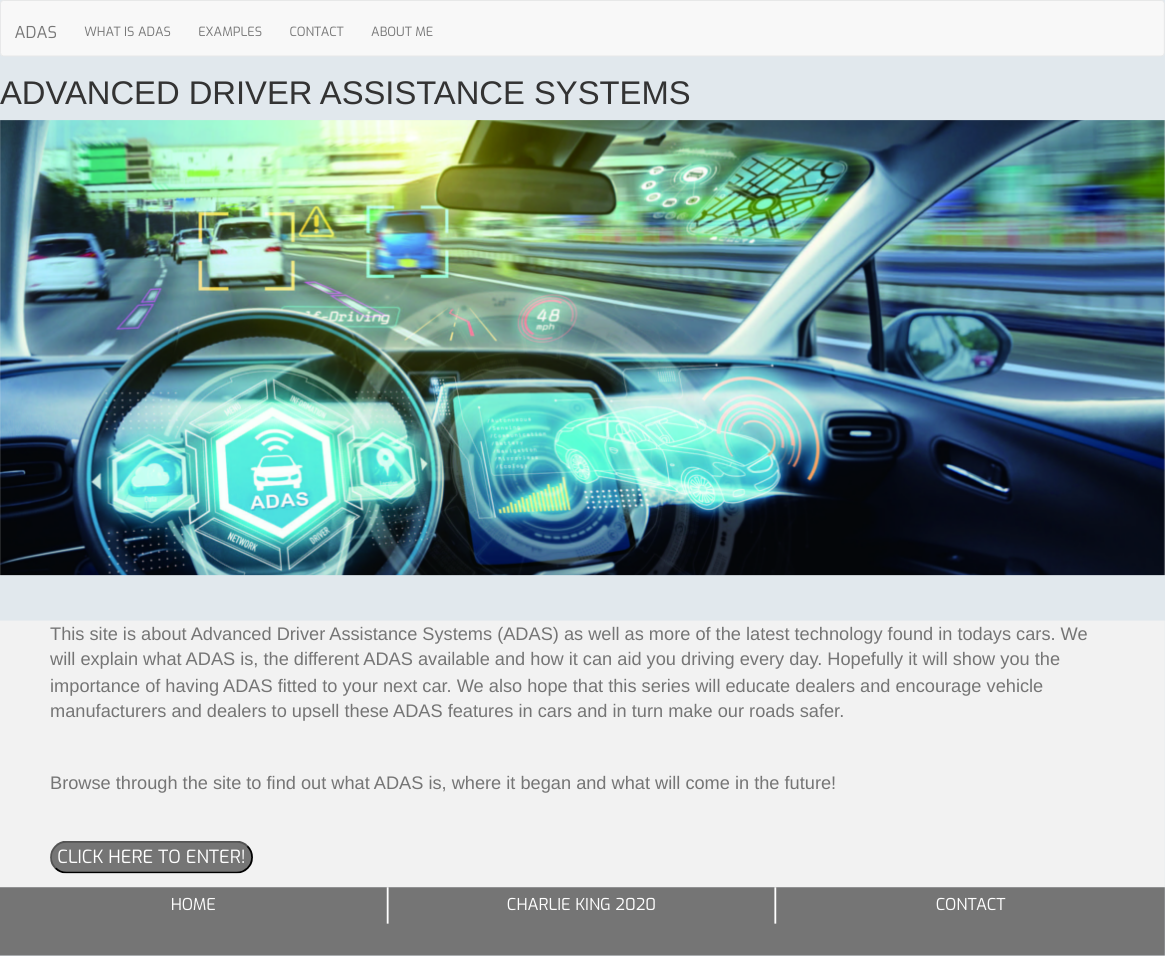
Repository: Cha-K28/First-Milestone-Project
Page: index.html
The author's editor kept a record of every edit. The page is drawn from the files as they stood at one moment, then again after the next edit.
The browser window is 1280 px wide. The pictures show the whole page, at 91% of full size.

Above is the page before.

### index.html
<!DOCTYPE html>
<html lang="en">

<head>
    <meta charset="utf-8">
    <meta name="viewport" content="width=device-width, initial-scale=1">
    <link rel="stylesheet" href="https://maxcdn.bootstrapcdn.com/bootstrap/3.4.1/css/bootstrap.min.css">
    <script src="https://ajax.googleapis.com/ajax/libs/jquery/3.4.1/jquery.min.js"></script>
    <script src="https://maxcdn.bootstrapcdn.com/bootstrap/3.4.1/js/bootstrap.min.js"></script>
    <link href="https://fonts.googleapis.com/css?family=Exo&display=swap" rel="stylesheet">

    <link rel="stylesheet" href="css/style.css" type="text/css" />
    <title>ADAS - What is it?</title>
</head>

<body>
    <!-- header  -->
    <header>
        <nav class="navbar navbar-default">
            <div class="container-fluid">
                <div class="navbar-header">

                    <button type="button" class="navbar-toggle" data-toggle="collapse" data-target="#myNavbar">
                        <span class="icon-bar"></span>
                        <span class="icon-bar"></span>
                        <span class="icon-bar"></span>
                    </button>

                    <a class="navbar-brand" href="index.html">ADAS</a>
                </div>
                <div class="collapse navbar-collapse" id="myNavbar">
                    <ul class="nav navbar-nav">
                        <li><a href="what_is_adas.html">What is ADAS</a></li>
                        <li><a href="examples.html">Examples</a></li>
                        <li><a href="contact.html">Contact</a></li>
                        <li><a href="about_me.html">About Me</a></li>
                    </ul>
                </div>
        </nav>
    </header>
    <!-- End header  -->

    <!-- content -->


    <h1>ADVANCED DRIVER ASSISTANCE SYSTEMS</h1>

    <div class="background-image">

    </div>

    <div class="bright_background">



        <div class="container">



            <div class="row">
                <p>
                    This site is about Advanced Driver Assistance Systems (ADAS) as well as more of the latest technology found in todays cars. We will explain what ADAS is, the different ADAS available and how it can aid you driving every day. Hopefully it will show you
                    the importance of having ADAS fitted to your next car. We also hope that this series will educate dealers and encourage vehicle manufacturers and dealers to upsell these ADAS features in cars and in turn make our roads safer.
                </p>
                <p>
                    Browse through the site to find out what ADAS is, where it began and what will come in the future!
                </p>

            </div>
        </div>


            <div class="container">
                <div class="row">
                    <div class="enter_button">
                        <button>
                           <a href="what_is_adas.html">Click here to enter!</a>
                        </button>
                    </div>
                </div>
            </div>
        </div>


        <!-- End content -->

        <!-- footer -->
        <div class="footer">
            <footer class="container-fluid">
                <div class="row">
                    <div class="footer_background">
                        <div class="col-sm-4 footer_box">
                            <h4><a href="index.html">Home</a></h4>
                        </div>
                        <div class="col-sm-4 footer_box">
                            <h4>Charlie King 2020</h4>

                        </div>

                        <div class="col-sm-4">
                            <h4><a href="contact.html">Contact</a></h4>

                        </div>
                    </div>
                </div>
        </div>



        </footer>

        <!-- End footer -->
</body>

</html>

### css/style.css
body {
  background-color: #e1e8ed;
}



.container {
  font-size: 20px;
  color: #757575;

}

.back-image {
  height: 100%;
  width: 100%;
  padding: 0px;
  border: solid 10px #53f2dd;
  border-radius: 50px;
  margin: 50px 10px 50px 10px;
}

.background-image {
  background-image: url(../images/background.png);
  background-size: cover;
  height: 500px;
  width: auto;
  background-position: center;
  background-repeat: no-repeat;
  margin-bottom: 50px;

}

p {
  margin-bottom: 50px;
}


img {

  margin-left: 75px;
  width: 300px;
  height: 200px;
  margin-top: 50px;
  border: solid;

}

.bright_background {
  background-color: #f2f2f2;
}


button {
  margin-bottom: 15px;
  border-radius: 25px;
  color: white;
  background-color: #757575;



}


/* ---------------------------------- contact form */

input[type=email] {
  width: 100%;
  background-color: white;
  color: #757575;
  padding: 10px 20px;
  margin: 8px 0;
  border: solid #757575 1px;
  border-radius: 4px;
  cursor: pointer;

}

input[type=text] {
  width: 100%;
  background-color: white;
  color: #757575;
  padding: 10px 20px;
  margin: 8px 0;
  border: solid #757575 1px;
  border-radius: 4px;
  cursor: pointer;

}

input[type=submit] {
  width: 100px;
  height: 30px;
  border-radius: 25%;
  border: solid #757575 1px;
  margin-top: 10px;
  color: white;
  background-color: #757575;
  margin-bottom: 10px;

}

/* ----------------------------------------- Contat Form */



/* ----------------------------footer */

.footer_background {
  background-color: #757575;
  height: 75px;
  position: relative;
  width: 100%;


}

h4,
a {
  margin-top: 10px;
  text-align: center;
  font-family: 'Exo', sans-serif;
  color: white;
  text-transform: uppercase;
}

.footer_box {
  border-right: solid 2px white;
}

@media (Min Width: 768px) {

.footer_box {
  border-right: solid 2px white;
}


h1 {
  text-align: center;
  text-transform: uppercase;
  font-size: 50px;
  font-family: 'Exo', sans-serif;
  background-color: #757575;
  color: white;

}

/* ------------------------------footer */

After the next edit:
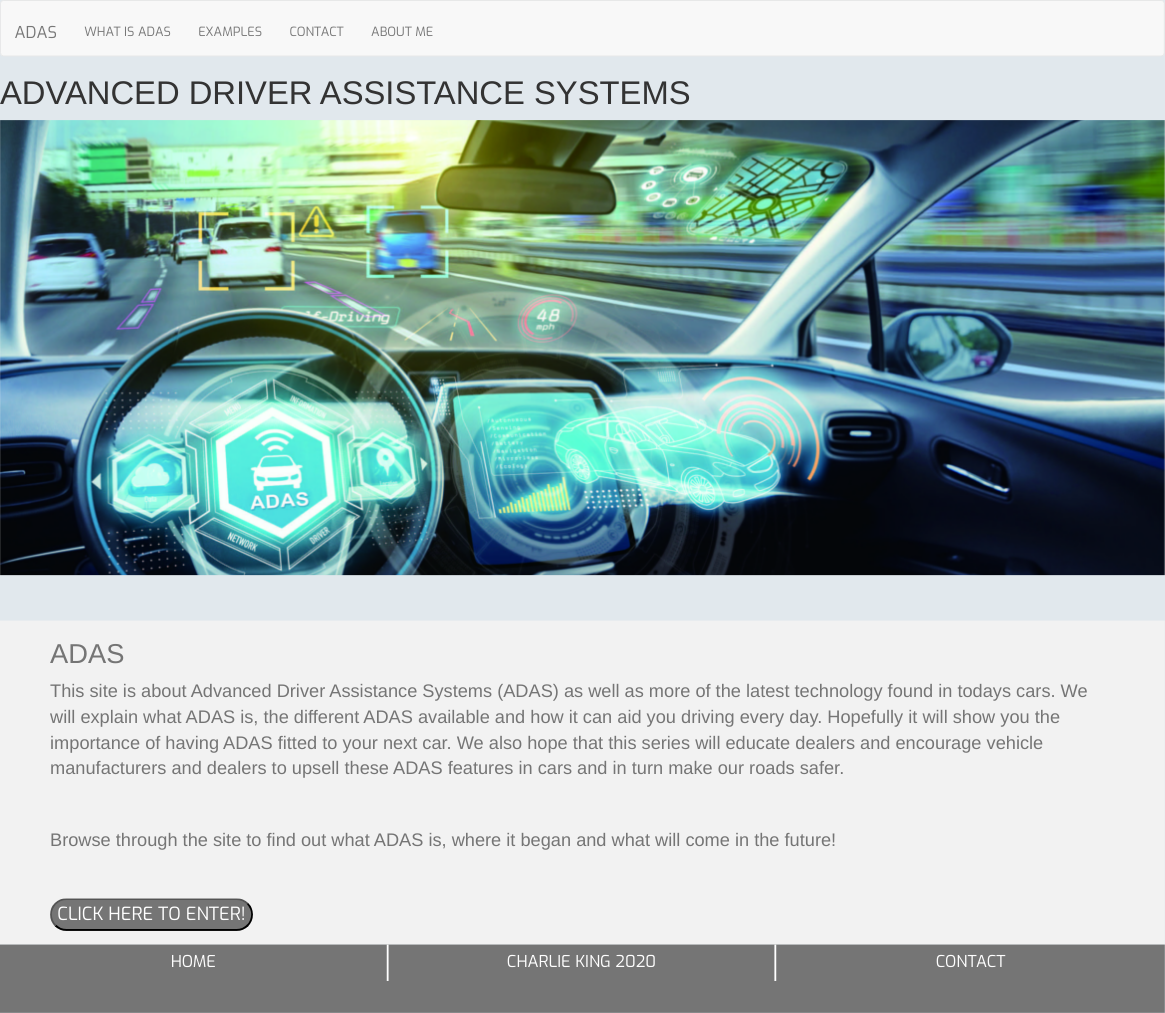
The edit:
--- a/index.html
+++ b/index.html
@@ -58,6 +58,9 @@
 
 
             <div class="row">
+
+             <h2>ADAS</h2>
+
                 <p>
                     This site is about Advanced Driver Assistance Systems (ADAS) as well as more of the latest technology found in todays cars. We will explain what ADAS is, the different ADAS available and how it can aid you driving every day. Hopefully it will show you
                     the importance of having ADAS fitted to your next car. We also hope that this series will educate dealers and encourage vehicle manufacturers and dealers to upsell these ADAS features in cars and in turn make our roads safer.
